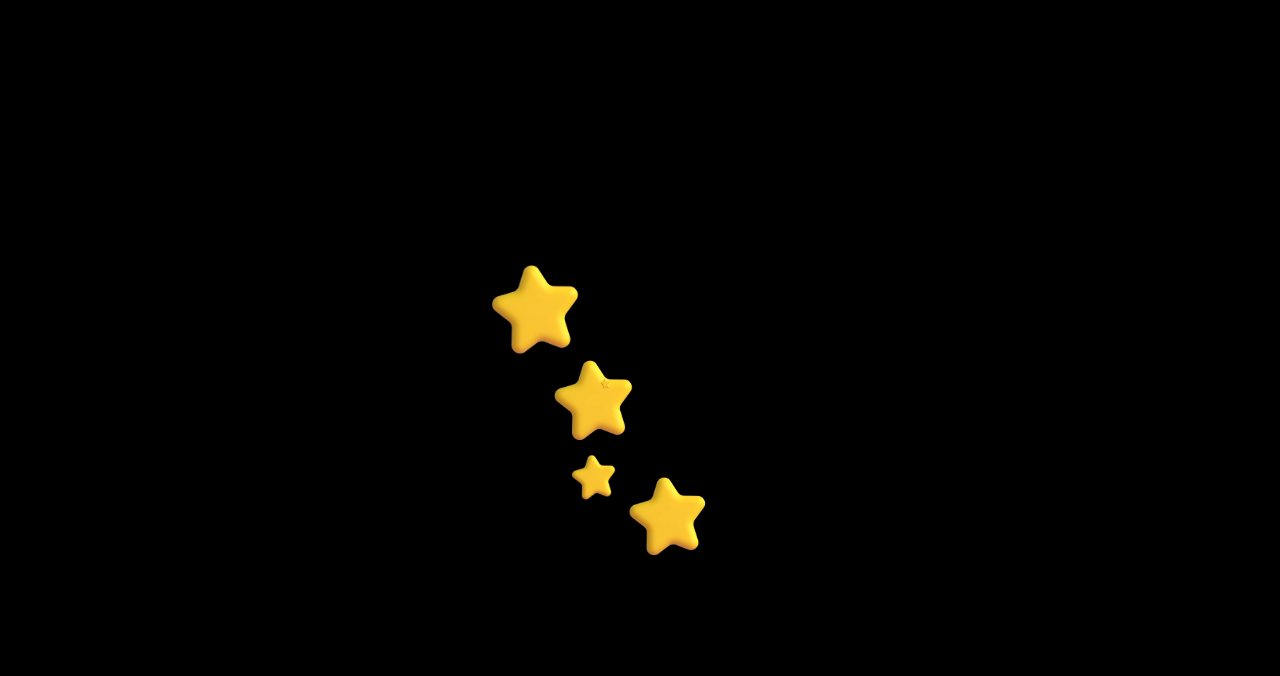
Repository: heartbreathing/Star-game
Page: index.html
An editor plug-in stored every save of this project. The page is shown before and after a run of saves, followed by the edit.
The browser window is 1280 px wide. The pictures show the whole page.

Above is the page before, as saved 2022-10-29 12:31:03.

After the next 4 saves:
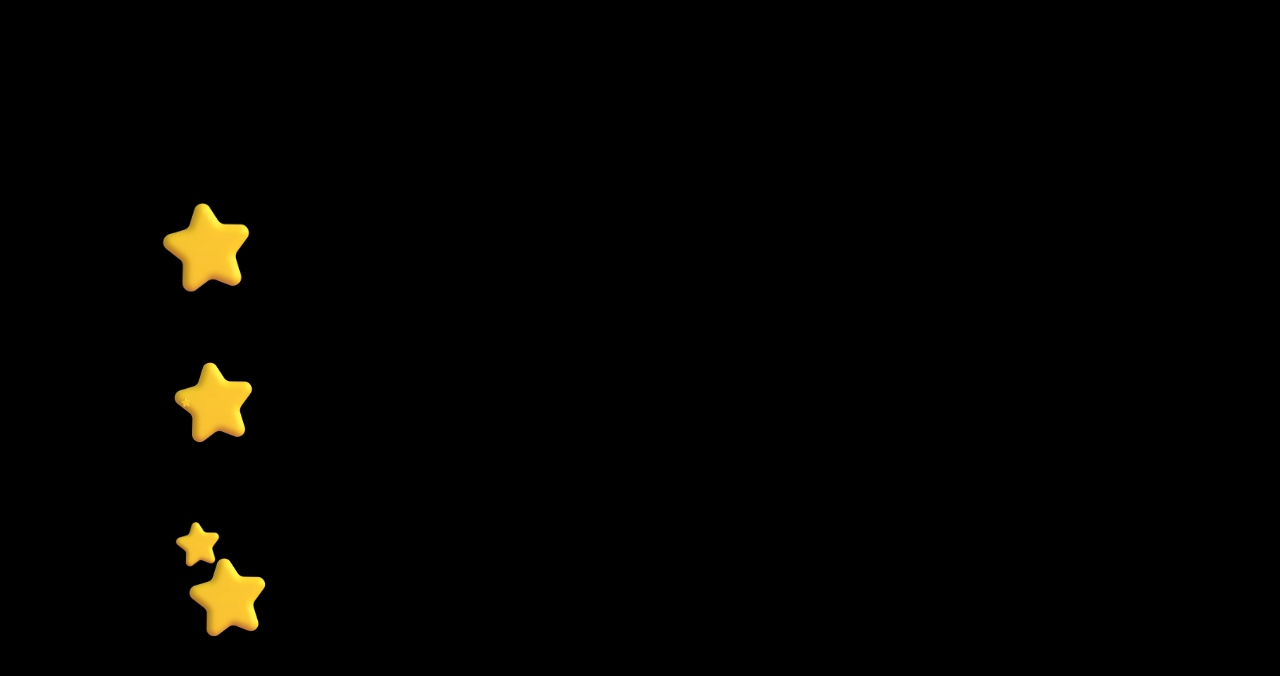
The 4 saves are shown as one change because they came seconds apart.
The last was saved 101 s later.
--- a/index.html
+++ b/index.html
@@ -18,8 +18,8 @@
           var obj = document.createElement('img');
           var wid = Math.floor(Math.random() * 100 + 10);
           obj.width = wid;
-          var x = Math.floor(Math.random() * 500 + 200);
-          var y = Math.floor(Math.random() * 300 + 200);
+          var x = Math.floor(Math.random() * 100 + 100);
+          var y = Math.floor(Math.random() * 500 + 100);
           obj.style.position = 'absolute';
           obj.style.top = y + 'px';
           obj.style.left = x + 'px';
